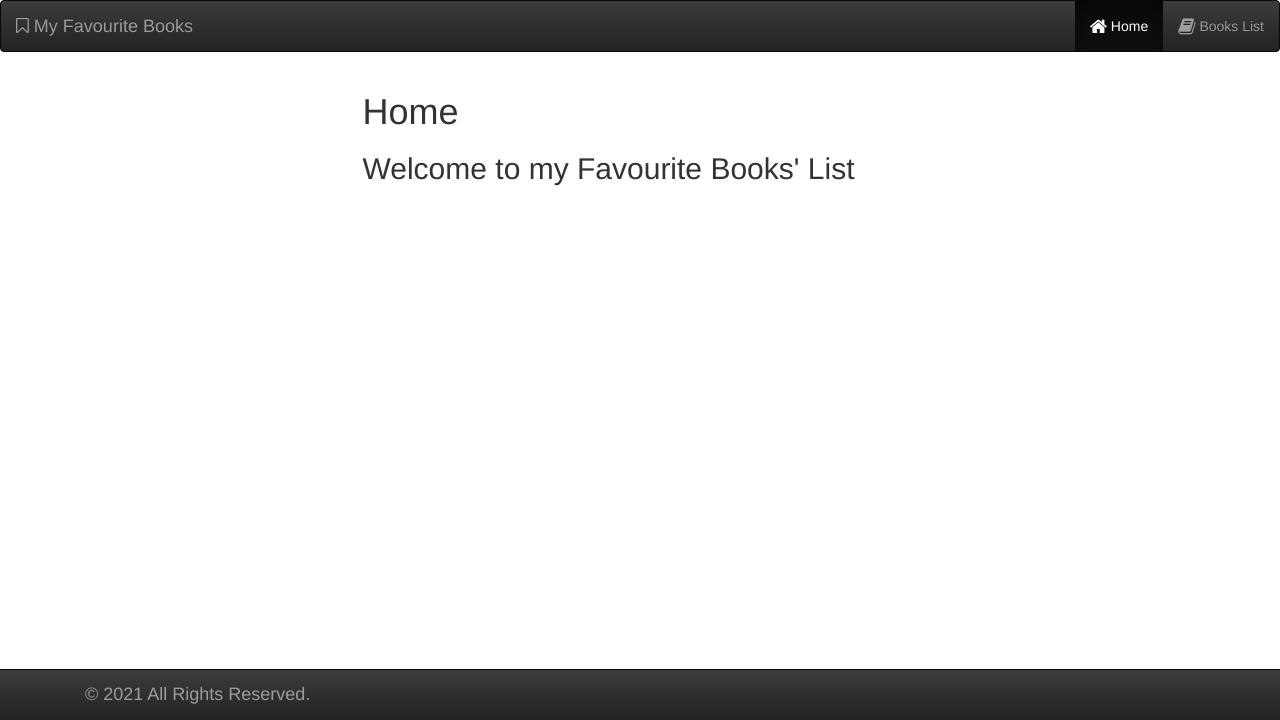
Repository: daviccarvalho/COMP229-M2021-Midterm-301154671
Page: http://localhost/
These files come from the project's save history. The page is drawn as it stood at one moment and after the next save; the edit follows.
The browser window is 1280 px wide. The pictures show the whole page.
The page is served by the project's Node server (server.js).

Above is the page before, as saved 2021-06-22 18:58:40.

After the next save:
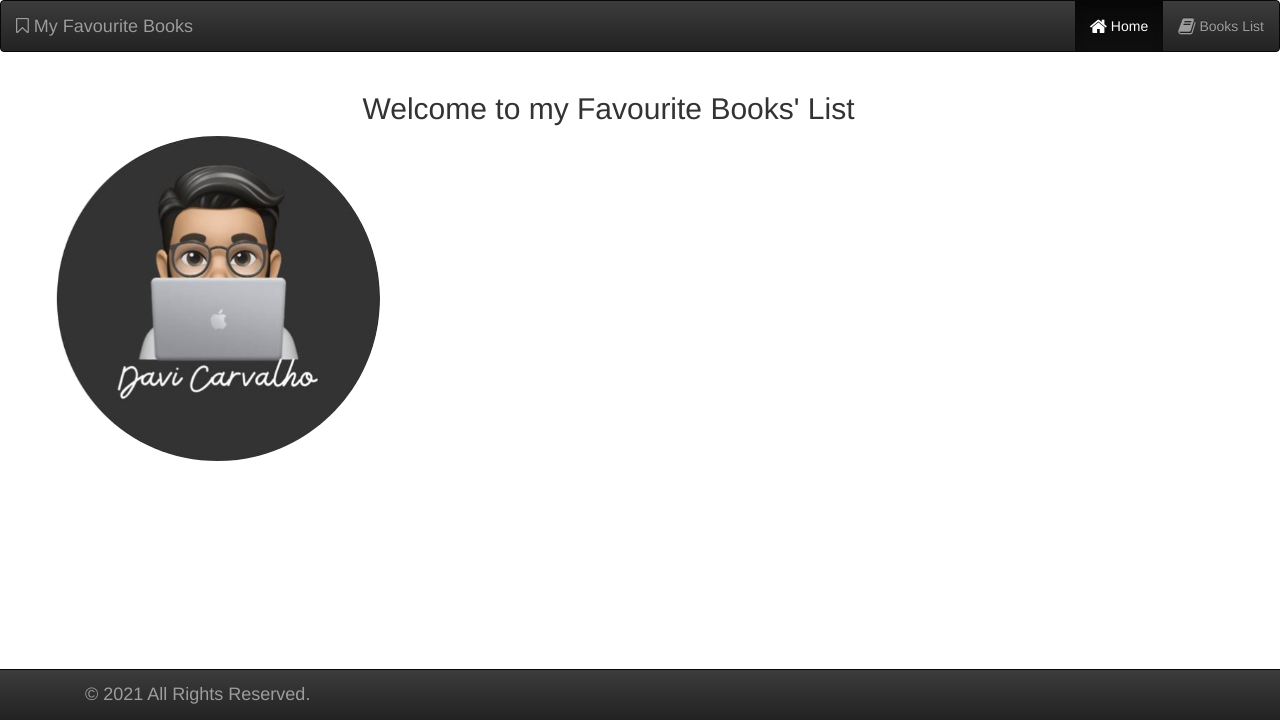
Saved 57 s later.
--- a/server/views/content/index.ejs
+++ b/server/views/content/index.ejs
@@ -10,9 +10,10 @@ June 22, 2021
     <div class="container">
       <div class="row">
         <div class="col-md-offset-3 col-md-6">
-          <h1><%= title %></h1>
-            <h2>Welcome to my Favourite Books' List</h2>
+          <h2>Welcome to my Favourite Books' List</h2>
         </div>
+        <div class="ps-4">
+      <img src="../Assets/images/logo.svg" class="mx-auto pe-4 d-block float-start img-fluid align-top">
       </div>
     </div>
 
